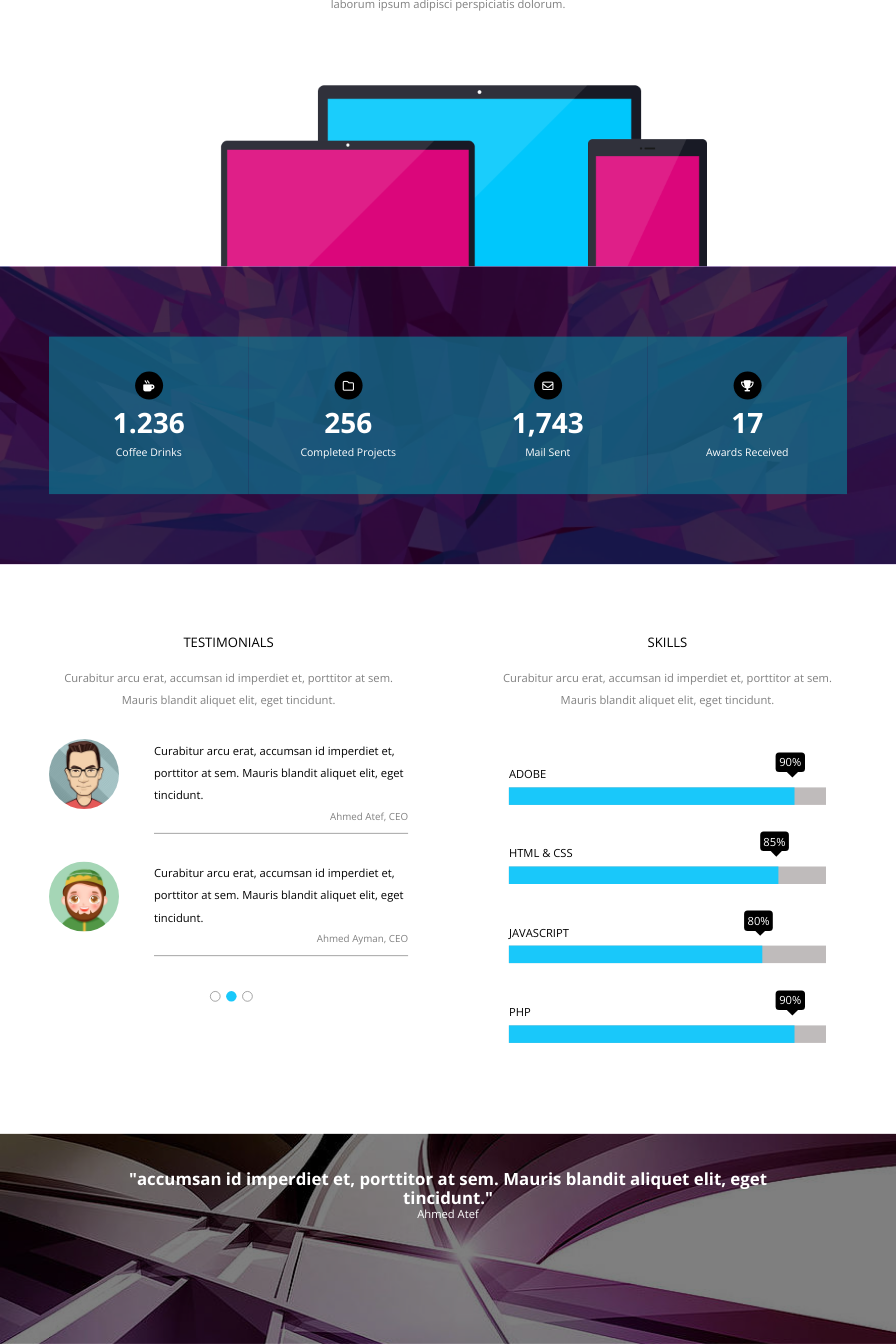
Repository: Ahmed123rezk123/Template_2
Page: index.html
The author's editor kept a copy of each file at every save. The page is drawn from the files as they stood at one save, then again after the next save.
The browser window is 1280 px wide. The pictures show the part of the page from y = 4247 to 6167 px (the page is 6167 px tall), at 70% of full size.
A picture or video elsewhere on the page could not be fetched, so the positions and the page height are approximate. Some web fonts or font styles are not loaded; a fallback is used.

Above is the page before, as saved 2024-04-15 19:30:39.

### index.html
<!DOCTYPE html>
<html lang="en">
<head>
    <meta charset="UTF-8">
    <meta name="viewport" content="width=device-width, initial-scale=1.0">
    <title>Kasper | Template two</title>
    <!-- Render All Elements Normally -->
    <link rel="stylesheet" href="css/normalize.css">
    <!-- Font Awesome Library -->
    <link rel="stylesheet" href="css/all.min.css">
      <!-- Main Temlate css file -->
      <link rel="stylesheet" href="css/kasper.css">
    <!-- Google Fonts -->
    <link rel="preconnect" href="https://fonts.googleapis.com">
    <link rel="preconnect" href="https://fonts.gstatic.com" crossorigin>
    <link href="https://fonts.googleapis.com/css2?family=Edu+TAS+Beginner:wght@500&family=Open+Sans:wght@400;700&display=swap" rel="stylesheet">
    <!-- <link href="https://cdn.jsdelivr.net/npm/bootstrap@5.3.2/dist/css/bootstrap.min.css" rel="stylesheet"> -->
  </head>
<body>
<!-- Start Header -->
<header>
  <div class="container">
    <a href="#" class="logo">
      <img src="images/logo.png" alt="Logo">
    </a>
    <nav>
      <i class="fas fa-bars menu"></i>
      <ul>
       <li><a href="#" class="active">Home</a></li>
       <li><a href="#">Service</a></li>
       <li><a href="#">portfolio</a></li>
       <li><a href="#">About</a></li>
       <li><a href="#">Pricing</a></li>
       <li><a href="#">Contact</a></li>
      </ul>
      <div class="form">
        <i class="fas fa-search"></i>
      </div>
    </nav>
  </div>
</header>
<!-- End Header -->
<!-- Start Landing -->
    <section class="landing">
      <div class="overlay">
        <div class="text">
          <div class="content">
            <h2>
              Hello World<br>
              We Are Kasper We Make Art.
            </h2>
              <p>Lorem ipsum dolor sit amet consectetur adipisicing elit. Numquam,
                laborum ipsum adipisci perspiciatis dolorum debitis incidunt,
                sapiente corrupti doloribus, earum rem dicta quibusdam saepe voluptatem vero.
                  Commodi sed quidem laborio sam.</p>
          </div>
        </div>
      </div>
      <i class="fas fa-angle-left icon1 fa-2x"></i>
      <i class="fas fa-angle-right icon2 fa-2x"></i>
      <ul class="bullets">
        <li></li>
        <li class="active"></li>
        <li></li>
      </ul>
    </section>
<!-- End Landing -->
<!-- Start Services -->
    <section class="services">
      <div class="container">
      <div class="main-content">
        <h2>Services</h2>
        <p>Lorem ipsum dolor sit amet consectetur adipisicing elit. Numquam,
          laborum ipsum adipisci perspiciatis dolorum.</p>
      </div>
      <div class="services-content">
        <div class="div-content">
          <i class="fas fa-desktop"></i>
          <div class="text">
          <h2>Frontend Developer</h2>
          <p>Lorem, ipsum dolor sit amet consectetur adipisicing elit. Minus dolorum ipsam, ullam tenetur ab aliquid quia repudiandae .</p>
        </div>
        </div>
        <div class="div-content">
          <i class="fas fa-cog"></i>
          <div class="text">
            <h2>Frontend Developer</h2>
            <p>Lorem, ipsum dolor sit amet consectetur adipisicing elit. Minus dolorum ipsam, ullam tenetur ab aliquid quia repudiandae .</p>
          </div>
         </div>
        <div class="div-content">
          <i class="fas fa-pencil-ruler"></i>
          <div class="text">
            <h2>Frontend Developer</h2>
            <p>Lorem, ipsum dolor sit amet consectetur adipisicing elit. Minus dolorum ipsam, ullam tenetur ab aliquid quia repudiandae .</p>
          </div>
         </div>
        <div class="div-content">
          <i class="fas fa-camera"></i>
          <div class="text">
            <h2>Frontend Developer</h2>
            <p>Lorem, ipsum dolor sit amet consectetur adipisicing elit. Minus dolorum ipsam, ullam tenetur ab aliquid quia repudiandae .</p>
          </div>
          </div>
      </div>
      </div>
    </section>
<!-- End Services -->
<!-- Start Design -->
<section class="design">
  <div class="overlay">
    <div class="image">
      <img src="images/mobile.png" alt="">
    </div>
    <div class="text">
      <div class="content">
        <h2>OUR DESIGN COMES WITH...</h2>
        <div class="div-icon">
          <div class="div-content">
            <i class="fas fa-desktop lab1"></i>
            <span>Responsive Design</span>
          </div>
          <div class="div-content">
        <i class="fas fa-desktop lab2"></i>
        <span>Modern And Clean Design</span>
        </div>
        <div class="div-content">
        <i class="fas fa-desktop lab3"></i>
        <span>Clean Code</span>
        </div>
        <div class="div-content">
        <i class="fas fa-desktop lab4"></i>
        <span>Browser Friendly</span>
      </div>
      </div>
      </div>
    </div>
  </div>
</section>
<!-- End Design -->
<!-- Start Portfolio -->
<div class="portfolio">
  <div class="container">
    <div class="main-content">
      <h2>Portfolio</h2>
      <p>Lorem ipsum dolor sit amet consectetur adipisicing elit. Numquam,
        laborum ipsum adipisci perspiciatis dolorum.</p>
    </div>
    <ul class="shuffle">
      <li class="active">All</li>
      <li>App</li>
      <li>Photo</li>
      <li>Web</li>
      <li>Print</li>
    </ul>
    </div>
    <div class="imgs-content">
      <div class="box">
        <img src="images/shuffle-01.jpg" alt="">
        <div class="caption">
          <h4>Awesome Image</h4>
          <p>Photography</p>
        </div>
      </div>
      <div class="box">
        <img src="images/shuffle-02.jpg" alt="">
        <div class="caption">
          <h4>Awesome Image</h4>
          <p>Photography</p>
        </div>
      </div>
      <div class="box">
        <img src="images/shuffle-03.jpg" alt="">
        <div class="caption">
          <h4>Awesome Image</h4>
          <p>Photography</p>
        </div>
      </div>
      <div class="box">
        <img src="images/shuffle-04.jpg" alt="">
        <div class="caption">
          <h4>Awesome Image</h4>
          <p>Photography</p>
        </div>
      </div>
      <div class="box">
        <img src="images/shuffle-05.jpg" alt="">
        <div class="caption">
          <h4>Awesome Image</h4>
          <p>Photography</p>
        </div>
      </div>
      <div class="box">
        <img src="images/shuffle-06.jpg" alt="">
        <div class="caption">
          <h4>Awesome Image</h4>
          <p>Photography</p>
        </div>
      </div>
      <div class="box">
        <img src="images/shuffle-07.jpg" alt="">
        <div class="caption">
          <h4>Awesome Image</h4>
          <p>Photography</p>
        </div>
      </div>
      <div class="box">
        <img src="images/shuffle-08.jpg" alt="">
        <div class="caption">
          <h4>Awesome Image</h4>
          <p>Photography</p>
        </div>
      </div>
    </div>
    <a href="#" class="more">MORE</a>
    </div>
<!-- End Portfolio -->
<!-- Start Video -->
<div class="video">
  <video autoplay muted loop>
    <source src="images/awesome-video (1).mp4" type="video/mp4">
  </video>
  <div class="text">
      <h2>SUPER AWESOME VIDEO HERE</h2>
      <p>Its All You Need</p>
      <button>SEE MORE</button>
</div>
</div>
<!-- End Video -->

<!-- Start About -->
  <div class="about">
    <div class="container">
      <div class="main-content">
        <h2>Services</h2>
        <p>Lorem ipsum dolor sit amet consectetur adipisicing elit. Numquam,
          laborum ipsum adipisci perspiciatis dolorum.</p>
      </div>
          <img src="images/about.png" alt="">
    </div>
  </div>
<!-- End About -->
 <!-- Start Stats  -->
 <div class="stats">
  <div class="container">
      <div class="box">
        <i class="fas fa-mug-hot"></i>
        <p>1.236</p>
        <span>Coffee Drinks</span>
      </div>
      <div class="box">
        <i class="far fa-folder"></i>
        <p>256</p>
        <span>Completed Projects</span>
      </div>
      <div class="box">
        <i class="far fa-envelope"></i>
        <p>1,743</p>
        <span>Mail Sent</span>
      </div>
      <div class="box">
        <i class="fas fa-trophy"></i>
        <p>17</p>
        <span>Awards Received</span>
      </div>
    </div>
 </div>
 <!-- End Stats  -->
 <!-- Start Skills -->
  <div class="our-skills">
    <div class="container">
      <div class="testimonial">
        <h3>TESTIMONIALS</h3>
        <p>Curabitur arcu erat, accumsan id imperdiet et, porttitor at sem. Mauris blandit aliquet elit, eget tincidunt.</p>
      <div class="box">
        <img src="images/skills-01.jpg" alt="">
        <div class="text">
          Curabitur arcu erat, accumsan id imperdiet et, porttitor at sem. Mauris blandit aliquet elit, eget tincidunt.
          <p>Ahmed Atef, CEO</p>
        </div>
      </div>
      <div class="box">
        <img src="images/skills-02.jpg" alt="">
        <div class="text">
          Curabitur arcu erat, accumsan id imperdiet et, porttitor at sem. Mauris blandit aliquet elit, eget tincidunt.
        <p>Ahmed Ayman, CEO</p>
        </div>
      </div>
      <ul class="bullets">
            <li></li>
            <li class="active"></li>
            <li></li>
      </ul>
      </div>
      <div class="skills">
        <h3>SKILLS</h3>
        <p>Curabitur arcu erat, accumsan id imperdiet et, porttitor at sem. Mauris blandit aliquet elit, eget tincidunt.</p>
        <div class="prog-content">
          <h4>ADOBE</h4>
          <div class="prog">
            <span style="width: 90%;" data-progress="90%"></span>
          </div>
        </div>
          <div class="prog-content">
          <h4>HTML & CSS</h4>
          <div class="prog">
            <span style="width: 85%;" data-progress="85%"></span>
          </div>
        </div>
        <div class="prog-content">
          <h4>JAVASCRIPT</h4>
          <div class="prog">
            <span style="width: 80%;" data-progress="80%"></span>
          </div>
        </div>
        <div class="prog-content">
          <h4>PHP</h4>
          <div class="prog">
            <span style="width: 90%;" data-progress="90%"></span>
          </div>
        </div>
      </div>
    </div>
  </div>
 <!-- End Skills -->
 <!-- Start Quote -->
  <div class="quote">
    <div class="container">
      <div class="content">
        <h2>"accumsan id imperdiet et, porttitor at sem. Mauris blandit aliquet elit, eget <br> tincidunt."</h2>
        <span>Ahmed Atef</span>
      </div>
    </div>
  </div>
 <!-- End Quote -->
</body>
</html>

Loaded but not shown: css/normalize.css (library); css/all.min.css (library); css/kasper.css (817 lines, source omitted)

After the next save:
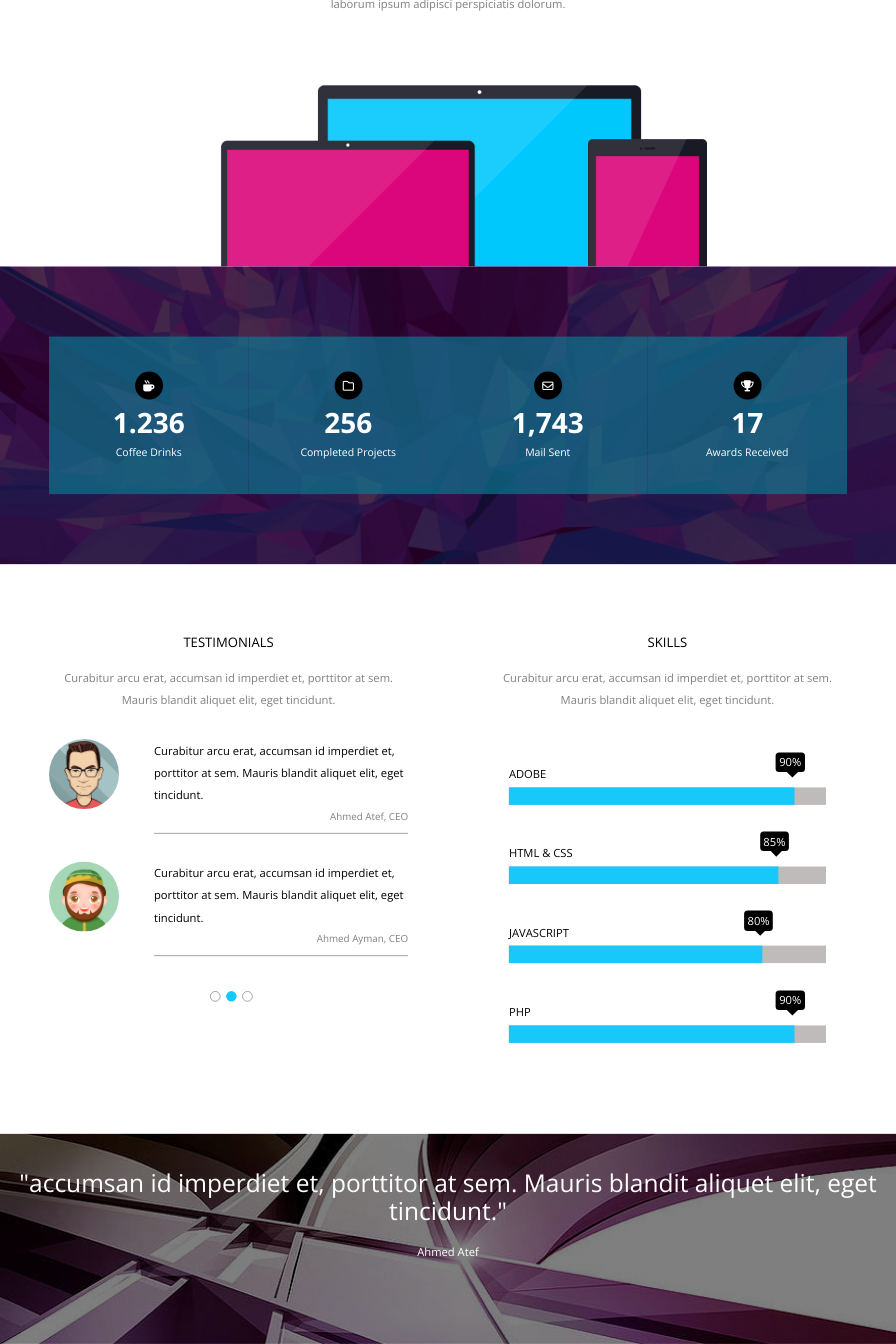
Saved 10 s later.
--- a/index.html
+++ b/index.html
@@ -327,7 +327,7 @@
   <div class="quote">
     <div class="container">
       <div class="content">
-        <h2>"accumsan id imperdiet et, porttitor at sem. Mauris blandit aliquet elit, eget <br> tincidunt."</h2>
+        <p>"accumsan id imperdiet et, porttitor at sem. Mauris blandit aliquet elit, eget <br> tincidunt."</p>
         <span>Ahmed Atef</span>
       </div>
     </div>
